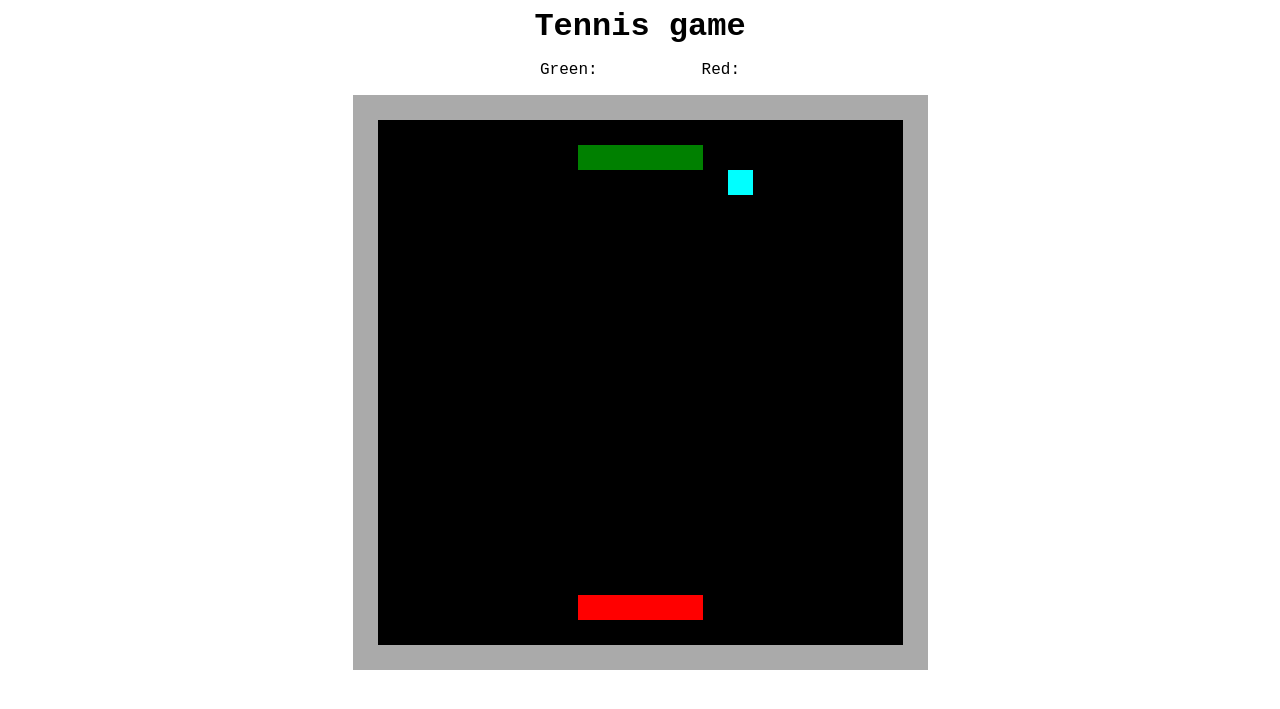
Repository: abdelrahman-ahmed-nassar/javascript-games
Page: my_ping-pong/index.html
These files come from the project's save history. The page is drawn as it stood at one moment and after the next save; the edit follows.
The browser window is 1280 px wide. The pictures show the whole page.

Above is the page before, as saved 2024-07-27 17:52:13.

### my_ping-pong/index.html
<!DOCTYPE html>
<html lang="en">
  <head>
    <meta charset="UTF-8" />
    <meta name="viewport" content="width=device-width, initial-scale=1.0" />
    <link rel="stylesheet" href="style.css" />
    <script defer src="script.js"></script>
    <title>Tennis 🎾</title>
  </head>
  <body>
    <h1>Tennis game</h1>
    <div class="score-container">
      <p id="player-1">Green: <span id="player--0__score"></span></p>
      <p id="player-2">Red: <span id="player--1__score"></span></p>
    </div>
    <canvas id="canvas"></canvas>
  </body>
</html>

### my_ping-pong/style.css
body {
  font-family: "Courier New", Courier, monospace;
  text-align: center;
}
h1 {
  margin: 0;
  padding: 0;
}
.score-container {
  display: flex;
  width: 200px;
  margin: 0 auto;
  justify-content: space-between;
}

### my_ping-pong/script.js
//////////////////////////////////////
///           Variables           ////
//////////////////////////////////////
let blockSize = 25,
  rows = 23,
  cols = 23,
  c,
  ctx,
  gameOver = false,
  activePlayer = 0,
  rocket0 = [11, 20],
  rocket1 = [11, 2],
  ball = [11, 11],
  // accept odd numbers
  rocketWidth = 5,
  ballSpeedX = 0,
  ballSpeedY = 1,
  speeds = [1, -1],
  scores = [0, 0],
  rocket0Body = [],
  rocket1Body = [];

let rocketHalfWidth = (rocketWidth - 1) / 2;
let ballFrameRate = 5;

//////////////////////////////////////
///         Utility function       ////
//////////////////////////////////////

function changeActivePlayer() {
  activePlayer = activePlayer ? 0 : 1;
}

function randomIntFromInterval(min, max) {
  // min and max included
  return Math.floor(Math.random() * (max - min + 1) + min);
}
function getRandomSpeed() {
  return speeds[Math.floor(Math.random() * speeds.length)];
}
function increaseFrameRate() {
  ballFrameRate += 1;
}
function setRocketBody(number) {
  if (number == 0) {
    rocket0Body = [];
    for (let i = 0; i < rocketWidth; i++) {
      let initial = rocket0[0] - rocketHalfWidth;
      rocket0Body.push(initial + i);
    }
  } else if (number == 1) {
    rocket1Body = [];
    for (let i = 0; i < rocketWidth; i++) {
      let initial = rocket1[0] - rocketHalfWidth;
      rocket1Body.push(initial + i);
    }
  }
}

function moveBall() {
  ball[0] += ballSpeedX;
  ball[1] += ballSpeedY;
}

//////////////////////////////////////
///         listen function       ////
//////////////////////////////////////

function changeDirection(e) {
  if (e.key == "ArrowRight") {
    if (rocket0[0] >= cols - 2 - rocketHalfWidth) return;
    rocket0[0] += 1;
    setRocketBody(0);
  } else if (e.key == "ArrowLeft") {
    if (rocket0[0] <= 1 + rocketHalfWidth) return;
    rocket0[0] -= 1;
    setRocketBody(0);
  }

  if (e.key == "a") {
    if (rocket1[0] <= 1 + rocketHalfWidth) return;
    rocket1[0] -= 1;
    setRocketBody(1);
  } else if (e.key == "d") {
    if (rocket1[0] >= cols - 2 - rocketHalfWidth) return;
    rocket1[0] += 1;
    setRocketBody(1);
  }
}

//////////////////////////////////////
///         main function       ////
//////////////////////////////////////
function goal(playerScored) {
  ball = [11, 11];
  ballSpeedX = 0;
  playerScored == 0 ? scores[0]++: scores[1]++;

}

function init() {
  c = document.getElementById("canvas");
  c.height = rows * blockSize;
  c.width = cols * blockSize;
  ctx = c.getContext("2d"); //used for drawing on the board

  setRocketBody(0);
  setRocketBody(1);

  document.addEventListener("keyup", changeDirection);
  // update();
  setInterval(update, 1000 / 100); //100 milliseconds
  setInterval(moveBall, 1000 / ballFrameRate); //100 milliseconds
}

init();

function update() {
  if (gameOver) {
    return;
  }

  // screen
  ctx.fillStyle = "#aaa";
  ctx.fillRect(0, 0, c.width, c.height);
  ctx.fillStyle = "black";
  ctx.fillRect(
    1 * blockSize,
    1 * blockSize,
    c.width - 2 * blockSize,
    c.height - 2 * blockSize
  );

  // rocket1
  ctx.fillStyle = "red";
  ctx.fillRect(
    rocket0[0] * blockSize - rocketHalfWidth * blockSize,
    rocket0[1] * blockSize,
    blockSize * rocketWidth,
    blockSize
  );

  // rocket2
  ctx.fillStyle = "green";
  ctx.fillRect(
    rocket1[0] * blockSize - rocketHalfWidth * blockSize,
    rocket1[1] * blockSize,
    blockSize * rocketWidth,
    blockSize
  );

  // ball
  ctx.fillStyle = "cyan";
  ctx.fillRect(ball[0] * blockSize, ball[1] * blockSize, blockSize, blockSize);

  // hit right wall
  if (ball[0] == 1) {
    ballSpeedX = 1;
  }

  // hit left wall
  if (ball[0] == cols - 2) {
    ballSpeedX = -1;
  }

  // hit top wall
  if (ball[1] > 21) {
    goal();
  }

  // hit bottom wall
  if (ball[1] < 1) {
    goal();
  }

  // hit rocket

  if (rocket0Body.includes(ball[0]) && ball[1] === 19) {
    ballSpeedY = -1;
    ballSpeedX = getRandomSpeed();
    increaseFrameRate();
  }

  if (rocket1Body.includes(ball[0]) && ball[1] === 3) {
    ballSpeedY = 1;
    ballSpeedX = getRandomSpeed();
    increaseFrameRate();
  }

  //game over conditions
}

After the next save:
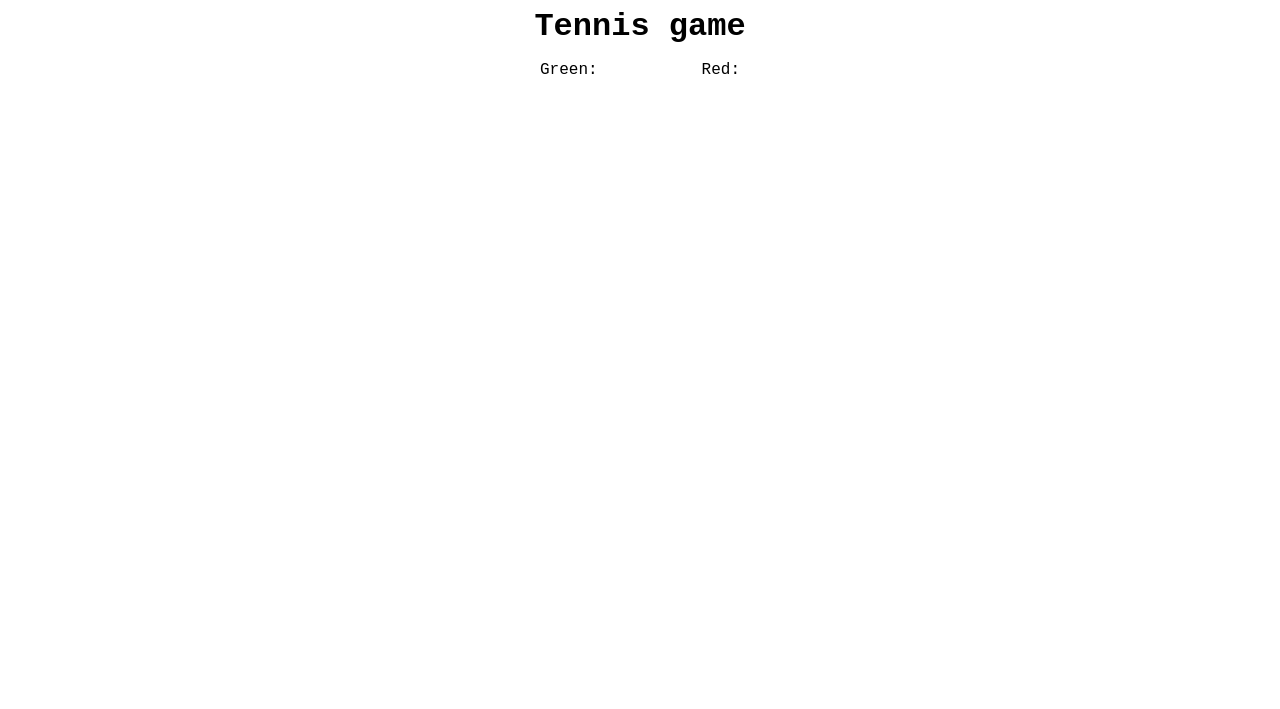
Console error: ReferenceError: let is not defined
Saved 7 s later.
--- a/my_ping-pong/script.js
+++ b/my_ping-pong/script.js
@@ -22,6 +22,8 @@
 
 let rocketHalfWidth = (rocketWidth - 1) / 2;
 let ballFrameRate = 5;
+
+let
 
 //////////////////////////////////////
 ///         Utility function       ////

After the 6 saves that followed:
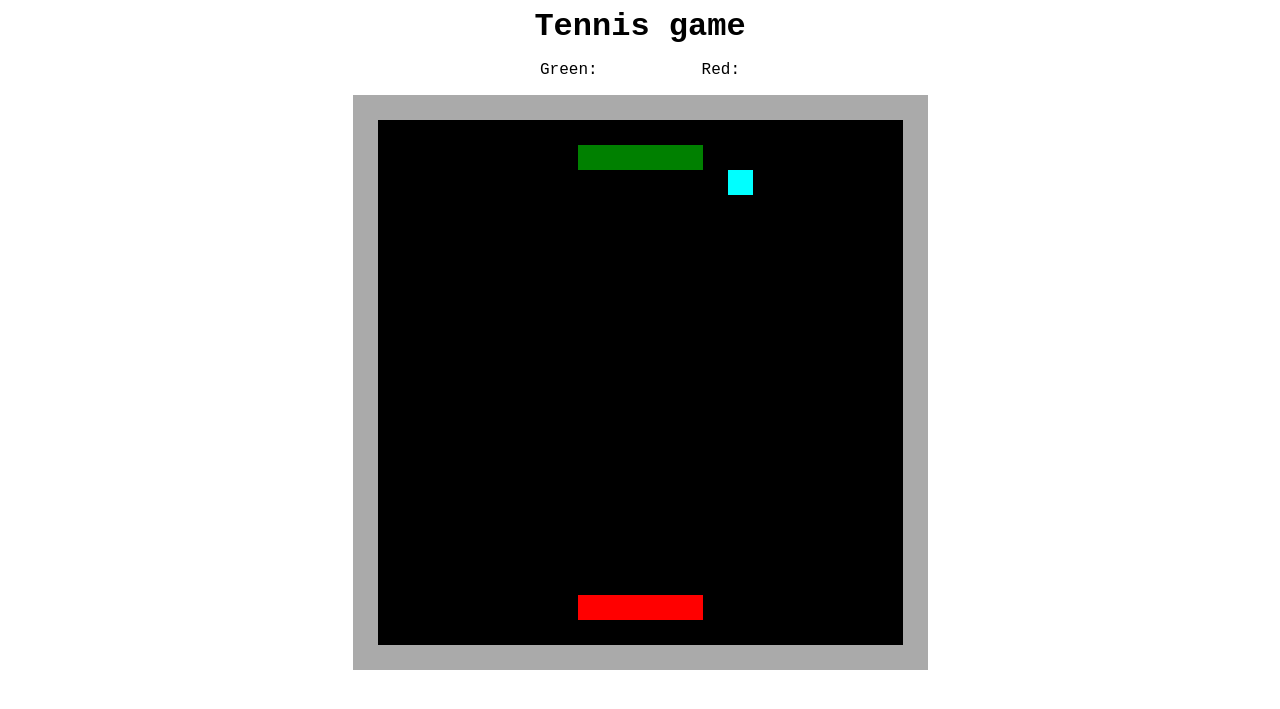
The error is gone.
The 6 saves are shown as one change because 1 left the picture as it was and some came seconds apart.
The last was saved 26 s later.
--- a/my_ping-pong/script.js
+++ b/my_ping-pong/script.js
@@ -23,7 +23,8 @@
 let rocketHalfWidth = (rocketWidth - 1) / 2;
 let ballFrameRate = 5;
 
-let
+let score0El = document.getElementById("player--0__score");
+let score1El = document.getElementById("player--1__score");
 
 //////////////////////////////////////
 ///         Utility function       ////
